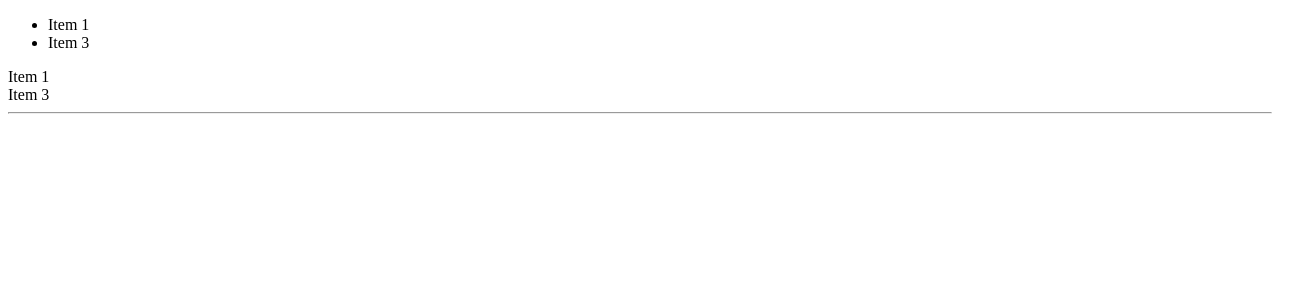
Repository: 2001mariana/jquery
Page: add-and-remove-html-elements.html
The author's editor kept a copy of each file at every save. The page is drawn from the files as they stood at one save, then again after the next save.
The browser window is 1280 px wide. The page is 1280 px wide, then 1296 px, so the pictures cover 1296 px, including what lies to the right of the window. The pictures show the whole page.

Above is the page before, as saved 2022-08-04 15:21:30.

After the next save:
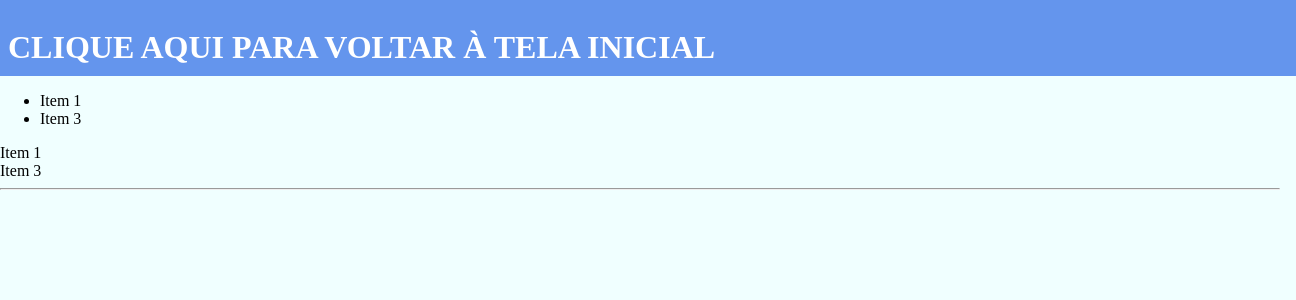
Saved 60 s later.
--- a/add-and-remove-html-elements.html
+++ b/add-and-remove-html-elements.html
@@ -17,7 +17,13 @@
 		</script>
 	</head>
 
-	<body>
+	<body style="margin: 0 auto; background-color: 	#F0FFFF; text-align: justify;">
+
+		<div id="header" style="background-color: #6495ED; height: 60px; width: 100%; padding: 8px;">
+			<a href="index.html" style="text-decoration: none; text-transform: uppercase; color:#FFFFFF;"><h1>
+				Clique aqui para voltar à tela inicial</h1></a>
+		</div>
+
 
 		<ul id="lista1">
 			<li>Item 1</li>
